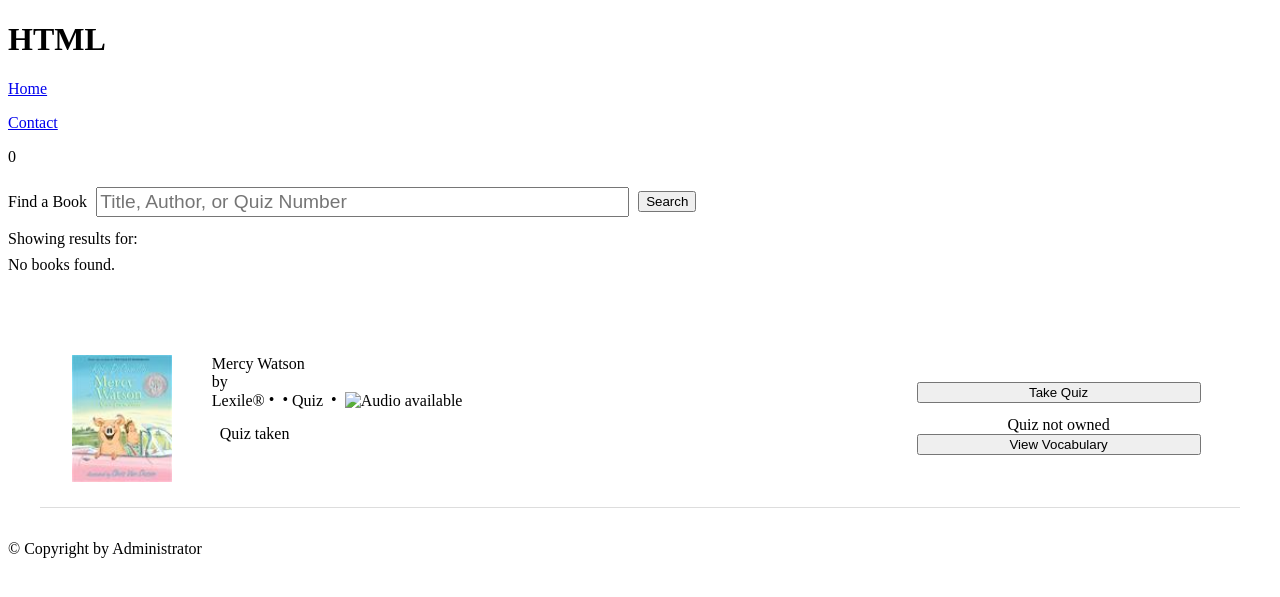
Repository: englibrary/ReadingBank
Page: LoginHome/search.html
The author's editor kept a copy of each file at every save. The page is drawn from the files as they stood at one save, then again after the next save.
The browser window is 1280 px wide. The pictures show the whole page.

Above is the page before, as saved 2015-02-13 05:33:20.

### LoginHome/search.html
<!DOCTYPE html>
<html lang="en">
	<head>
		<meta charset="utf-8">

		<!-- Always force latest IE rendering engine (even in intranet) & Chrome Frame
		Remove this if you use the .htaccess -->
		<meta http-equiv="X-UA-Compatible" content="IE=edge,chrome=1">

		<title>HTML</title>
		<meta name="description" content="">
		<meta name="author" content="Administrator">

		<meta name="viewport" content="width=device-width; initial-scale=1.0">

		<!-- Replace favicon.ico & apple-touch-icon.png in the root of your domain and delete these references -->
		<link rel="shortcut icon" href="/favicon.ico">
		<link rel="apple-touch-icon" href="/apple-touch-icon.png">
	</head>

	<body>
		<div>
			<header>
				<h1>HTML</h1>
			</header>
			<nav>
				<p>
					<a href="/">Home</a>
				</p>
				<p>
					<a href="/contact">Contact</a>
				</p>
			</nav>
0
			<div> 	<!-- DiV -->
				<!-- Search -->
              <div id="search" style="padding:1em 0em 2em; text-align:center; position:relative; display:inline-block; white-space:nowrap;">
				<div class="titleText" style="vertical-align:middle; display:inline-block;">Find a Book</div>
				<input ng-model="searchVal" style="margin:5px; font-size:120%; vertical-align:middle; padding:2px" type="text" size="45" placeholder="Title, Author, or Quiz Number" />
				<input ng-click="currentPage=1; search(1)" class="posButton" type="button" value="Search" />
				<div class="ng-cloak" ng-show="searchResults.extendedProperties.alternateResults" style="margin:.5em 0em 0em; text-align:left;">Showing results for:&nbsp;<span id="spShowing" ng-bind="searchResults.extendedProperties.alternateResults" style="font-weight:bold; font-style:italic;"></span></div>
				<div class="ng-cloak" ng-show="searchResults.data.length === 0" style="margin:.5em 0em 0em; text-align:left;">No books found.</div>
			  </div>
			  		<!-- Result -->

		  <div ng-show="searchResults.data" class="ng-cloak roundedCorners largeBox" style="margin:.5em 1em 2em; padding-top:1em;">
			<div ng-repeat="item in searchResults.data" class="ng-cloak" style="padding:2% 2em; margin:0px 1em; border-bottom:solid 1px #ddd; text-align:left;">
				<div style="display:inline-block; width:70%; vertical-align:middle; margin-right:4%;">
					<img src="Images/Mercy_Watson.jpg" style="float:left; vertical-align:middle; margin-right:5%; width:100px; height:auto;" alt="" />
					<div style="overflow:hidden; vertical-align:middle;">
						<div class="Mercy Watson" style="cursor:pointer;">Mercy Watson</a></div>
						by&nbsp;<span ng-bind="Auther AAA"></span>
						<div>
							<span style="vertical-align:middle;">Lexile®</span>
							<span ng-bind="item.level" style="vertical-align:middle;"></span>
							<span ng-bind="item.interestLevel" style="vertical-align:middle;"></span>
							&bull;&nbsp;<span ng-bind="item.fictionType" style="vertical-align:middle;"></span>
							&bull;&nbsp;<span style="vertical-align:middle;">Quiz</span>
							<span ng-bind="item.quizNum" style="vertical-align:middle;"></span>
							<span ng-bind="item.language" style="vertical-align:middle;"></span>
							<div ng-show="item.points" style="display:inline-block;">
								&nbsp;&bull;&nbsp;<span ng-bind="item.points" style="vertical-align:middle;"></span>
								<span ng-bind="item.points !== '1.0' ? 'Points':'Point'" style="vertical-align:middle;"></span>
							</div>
							<img ng-show="item.quizInfo.recordedVoiceAvailable" style="vertical-align:middle" ng-src="/rpna83um/images/arRecordedVoice.png" title="Audio available" />
						</div>
						<div ng-bind="item.description" style="margin-top:.5em;"></div>
						<div ng-show="item.studentInfo.hasQuizzed" style="text-align:left; margin-top:.5em;"><span class="glyph glyph-book-check" style="font-size:24px; margin-right:.33em;"></span>Quiz taken</div>
					</div>
				</div>
				<div style="display:inline-block; vertical-align:middle; text-align:right; overflow:hidden; width:25%;">
					<input ng-click="takeQuiz($event)" ng-show="item.quizInfo.availQuizzes.length > 0" data="?Q={{item.quizNum}}&amp;L={{item.language}}&amp;T=RP&amp;P=1" class="defaultButton" type="button" style="display:block; width:100%; margin-bottom:1em;" value="Take Quiz" />
					<div ng-show="item.quizInfo.availQuizzes.length == 0" style="text-align:center;">Quiz not owned</div>
					<input ng-click="viewVocabulary($event)" ng-show="item.quizInfo.availQuizzes.indexOf('VP') > -1" data="?Q={{item.quizNum}}&amp;L={{item.language}}&amp;P=1" class="defaultButton" type="button" style="display:block; width:100%;" value="View Vocabulary" />
				</div>
			</div>
			<div rl-prevnext maxpages="{{searchResults.paging.total}}" callback="search(e)"></div>
		    </div>
			</div> <!-- DiV -->
			<footer>
				<p>
					&copy; Copyright  by Administrator
				</p>
			</footer>
		</div>
	</body>
</html>

After the next save:
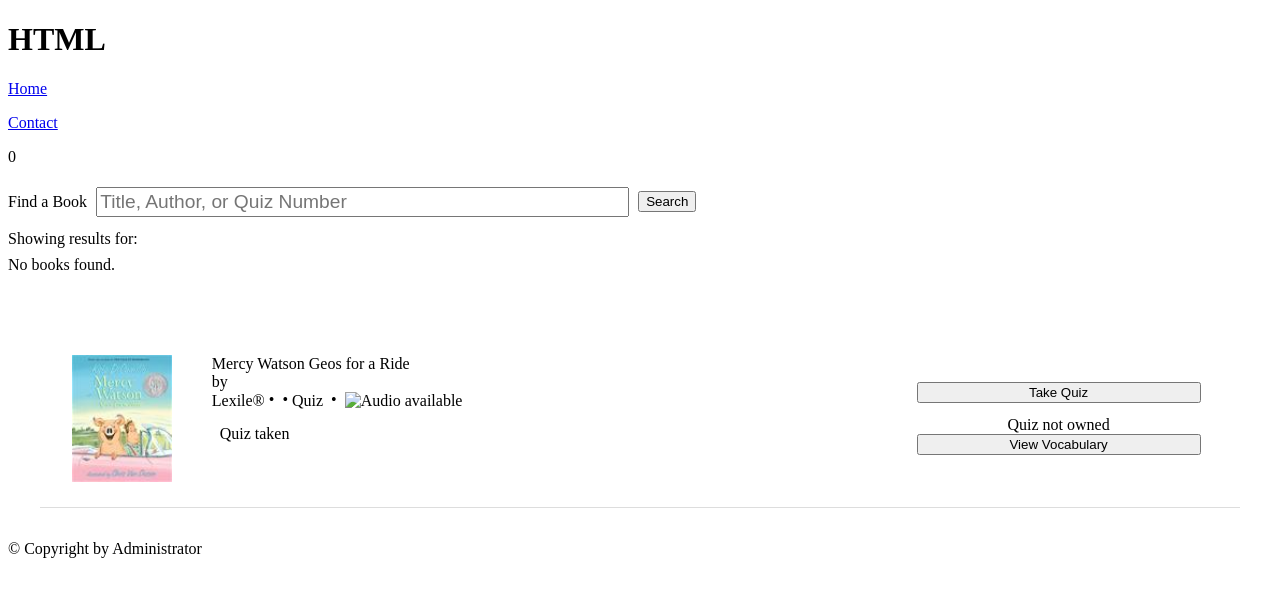
Saved 116 s later.
--- a/LoginHome/search.html
+++ b/LoginHome/search.html
@@ -48,8 +48,8 @@
 				<div style="display:inline-block; width:70%; vertical-align:middle; margin-right:4%;">
 					<img src="Images/Mercy_Watson.jpg" style="float:left; vertical-align:middle; margin-right:5%; width:100px; height:auto;" alt="" />
 					<div style="overflow:hidden; vertical-align:middle;">
-						<div class="Mercy Watson" style="cursor:pointer;">Mercy Watson</a></div>
-						by&nbsp;<span ng-bind="Auther AAA"></span>
+						<div class="Mercy Watson" style="cursor:pointer;">Mercy Watson Geos for a Ride</a></div>
+						by&nbsp;<span ng-bind="DiCamilo, Kate"></span>
 						<div>
 							<span style="vertical-align:middle;">Lexile®</span>
 							<span ng-bind="item.level" style="vertical-align:middle;"></span>
